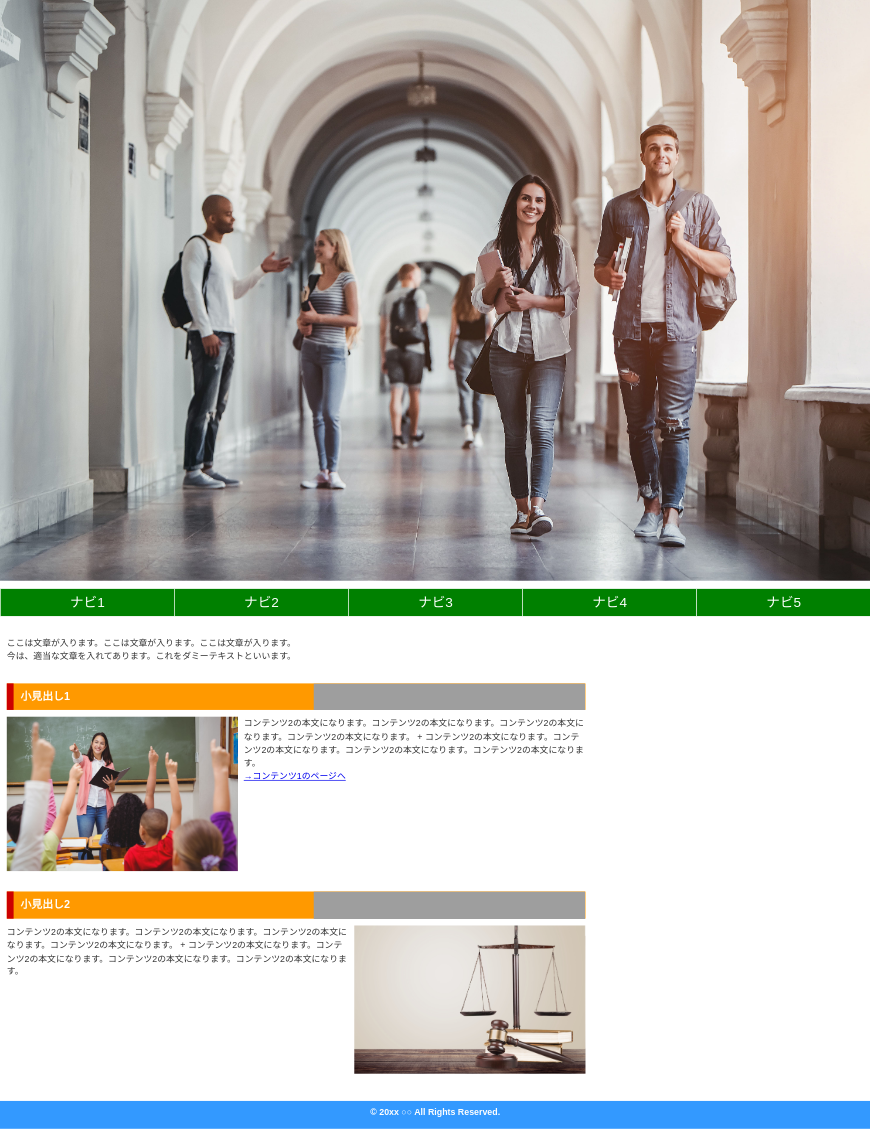
Repository: hhhira326/samurai_HTML-CSS
Page: home.html
The author's editor kept a record of every edit. The page is drawn from the files as they stood at one moment, then again after the next edit.
The browser window is 1280 px wide. The pictures show the whole page, at 68% of full size.
Pictures or frames that could not be fetched are drawn as grey boxes.

Above is the page before.

### home.html
<!DOCTYPE html>
<html lang="ja">
    <head>
        <meta charset="UTF-8">
        <title>HTML/CSSの学習</title>
        <link rel="stylesheet" href="stylesheet.css">
    </head>
    <body>
        <!--<img src="images/hoge.png">-->

        <div id="header">
            <h1><a href="index.html"><img id="corridor" src="images/corridor.jpg" alt="大学の廊下" /></a></h1>
        </div>
        <div id="wrapper">
            <div id="nav">
                <ul>
                    <li><a href="home.html">ナビ1</a></li>
                    <li><a href="#">ナビ2</a></li>
                    <li><a href="#">ナビ3</a></li>
                    <li><a href="#">ナビ4</a></li>
                    <li><a href="#">ナビ5</a></li>
                </ul>
            </div>
            <div id="container">
                <div id="main">
                    <div class="post">
                        <p>ここは文章が入ります。ここは文章が入ります。ここは文章が入ります。<br />今は、適当な文章を入れてあります。これをダミーテキストといいます。</p>
                    </div>
                    <div class="post clearfix">
                        <h2>小見出し1</h2>
                        <img class="left" src="images/classroom.jpg" alt="授業風景" />
                        <p>
                            コンテンツ2の本文になります。コンテンツ2の本文になります。コンテンツ2の本文になります。コンテンツ2の本文になります。
+                            コンテンツ2の本文になります。コンテンツ2の本文になります。コンテンツ2の本文になります。コンテンツ2の本文になります。
                        </p>
                        <p><a href="#">→コンテンツ1のページへ</a></p>
                    </div>
                    <div class="post clearfix">
                        <h2>小見出し2</h2>
                        <img class="right" src="images/scale.jpg" alt="天秤" />
                        <p>
                            コンテンツ2の本文になります。コンテンツ2の本文になります。コンテンツ2の本文になります。コンテンツ2の本文になります。
+                            コンテンツ2の本文になります。コンテンツ2の本文になります。コンテンツ2の本文になります。コンテンツ2の本文になります。
                        </p>
                    </div>
                </div>
            </div>
        </div>
        <div id="footer">
            <p>&copy; 20xx ○○ All Rights Reserved.</p>
        </div>
    </body>
</html>

### stylesheet.css
@charset "utf-8";

body {
	margin: 0;
	padding: 0;
	font-family: "ヒラギノ角ゴ Pro W3", "Hiragino Kaku Gothic Pro", "メイリオ", Meiryo, Osaka, "ＭＳ Ｐゴシック", "MS PGothic", sans-serif;
	color: #333;
	font-size: 13px;
	line-height: 150%;
}

/* -------------------- wrapper -------------------- */
#wrapper {
	width: 100%;
	margin: auto;
	padding: 0px;
	border: 0px;
	background-color: #FFF;
	top: 10px;
	position: relative;
}
/* -------------------- header -------------------- */
#header {
	width: 100%;
}
#header h1 {
	margin: 0;
	padding: 0;
}
#corridor {
	width: 100%;
	height: auto;
}
/* -------------------- footer -------------------- */
#footer {
	clear: both;
	width: 100%;
	padding: 3px 0 3px 0;
	background: #39f;
	color: #fff;
	font-weight: bold;
	text-align-last: center;
}
/* -------------------- nav -------------------- */
#nav {
	width: 100%;
}
#nav ul {
	display: flex;
	margin: 0;
	padding: 0;
	list-style-type: none;
}
#nav ul li {
	/*float: left;*/
	width: 20%;
	text-align: center;
}
#nav ul li a {
	display: block;
	height: 20px;
	margin: 0;
	padding: 10px;
	color: #fff;
	font-size: 20px;
	text-decoration: none;
	background-color: green;
	border-left: 1px solid white;
}

#nav ul li a:hover {
	filter: drop-shadow(10px 10px 10px black);
}
/* -------------------- container -------------------- */
#container {
	width: 100%;
	margin: auto;
	padding: auto;
	padding-top: 20px;
	clear: both;
	display: grid;
	grid-template-columns: 70vw 30vw;
}
/* -------------------- main -------------------- */
#main {
	width: 95%;
	padding: 10px 30px 10px 10px;
}

#main h2 {
	margin: 0 0 10px 0;
	padding: 10px 30px 10px 10px;
	color: #fff;
	font-size: 16px;
	border-left: solid 10px #c00;
	background: #f90 url(../images/main_h2.jpg) right top repeat-y;
}

#main p {
	margin: 0;
	padding: 0;
}

#main .post {
	margin: 0 0 30px 0;
}

#main .post img.right {
	margin: 0 0 0 8px;
}

#main .post img.left {
	margin: 0 8px 0 0;
}

.right {
	float: right;
	width: 40%;
	height: auto;
}

.left {
	float: left;
	width: 40%;
	height: auto;
}
/* -------------------- clearfix -------------------- */

.clearfix {
	zoom: 1;
}

.clearfix:after {
	content: "";
	display: block;
	clear: both;
}
/* -------------------- side -------------------- */
#side {
	width: 85%;
	padding: 20px;
	background-color: #f99;
}

#side .box {
	margin: 0 auto 30px auto;
	padding: 0 0 20px 0;
	background: url(images/side_box.png) bottom no-repeat;
}

#side .box h2 {
	margin: 0;
	padding: 8px;
	text-align: center;
	color: #fff;
	font-size: 16px;
	line-height: 16px;
	font-weight: normal;
	background: url(images/side_box_h2.png) center no-repeat;
}

#side .box .boxBody {
	padding: 8px;
	border-right: solid 1px #c36;
	border-bottom: solid 1px #c36;
	border-left: solid 1px #c36;
	background: #fff;
}

#side .box .boxBody ul {
	margin: 0 0 16px 0;
	padding: 0;
}

#side .box .boxBody ul li {
	padding: 8px 0 8px 4px;
	list-style: none;
	border-bottom: solid 1px #c36;
}

#side .box .boxBody ul li:hover {
	padding: 8px 0 8px 4px;
	list-style: none;
	border-bottom: solid 1px #c36;
	box-shadow: 0px 4px 4px rgba(0,0,0,0.3);
}

After the next edit:
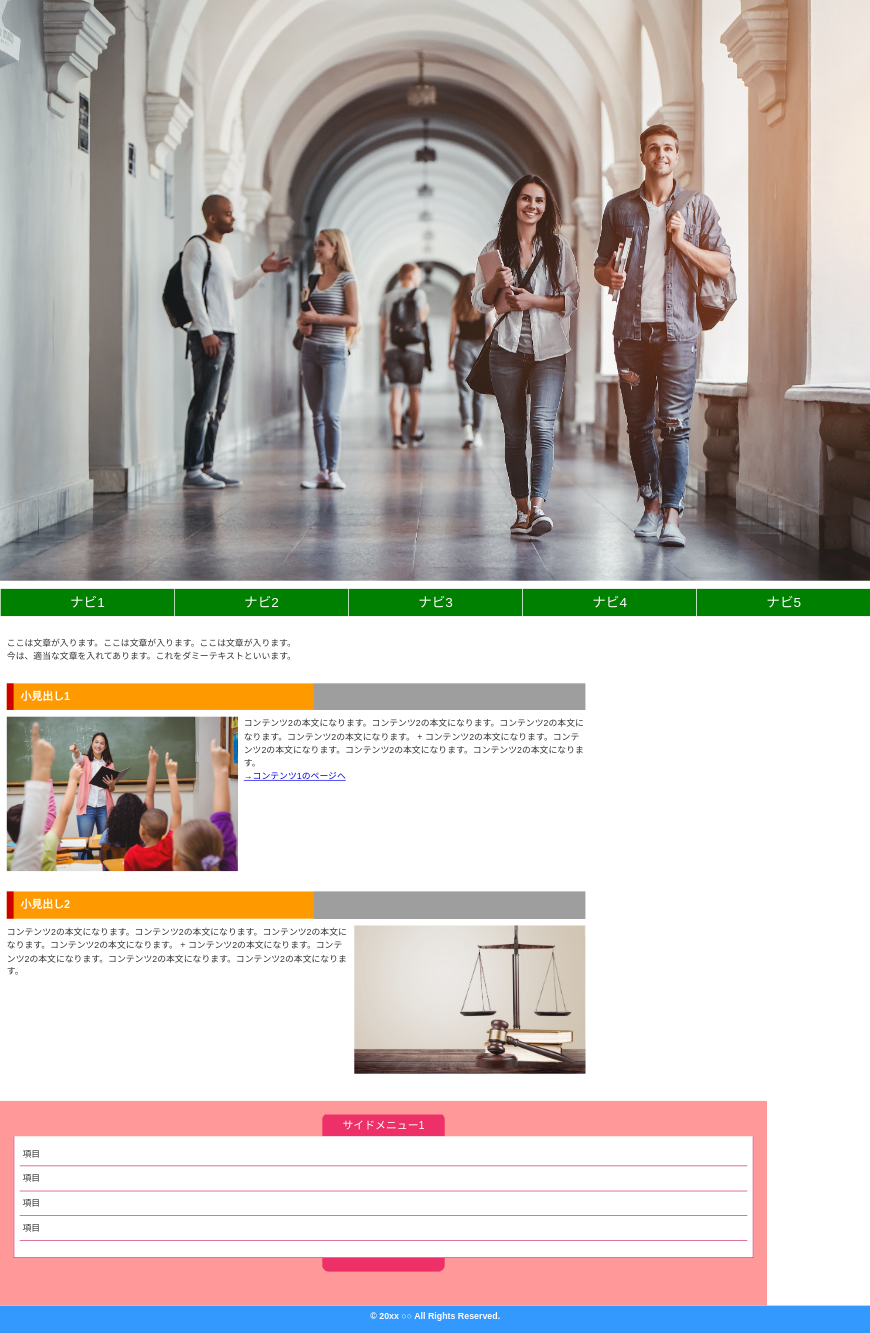
The edit:
--- a/home.html
+++ b/home.html
@@ -45,6 +45,19 @@
                     </div>
                 </div>
             </div>
+            <div id ="side">
+                <div class="box">
+                    <h2>サイドメニュー1</h2>
+                    <div class="boxBody">
+                        <ul>
+                            <li>項目</li>
+                            <li>項目</li>
+                            <li>項目</li>
+                            <li>項目</li>
+                        </ul>
+                    </div>
+                </div>
+            </div>
         </div>
         <div id="footer">
             <p>&copy; 20xx ○○ All Rights Reserved.</p>
